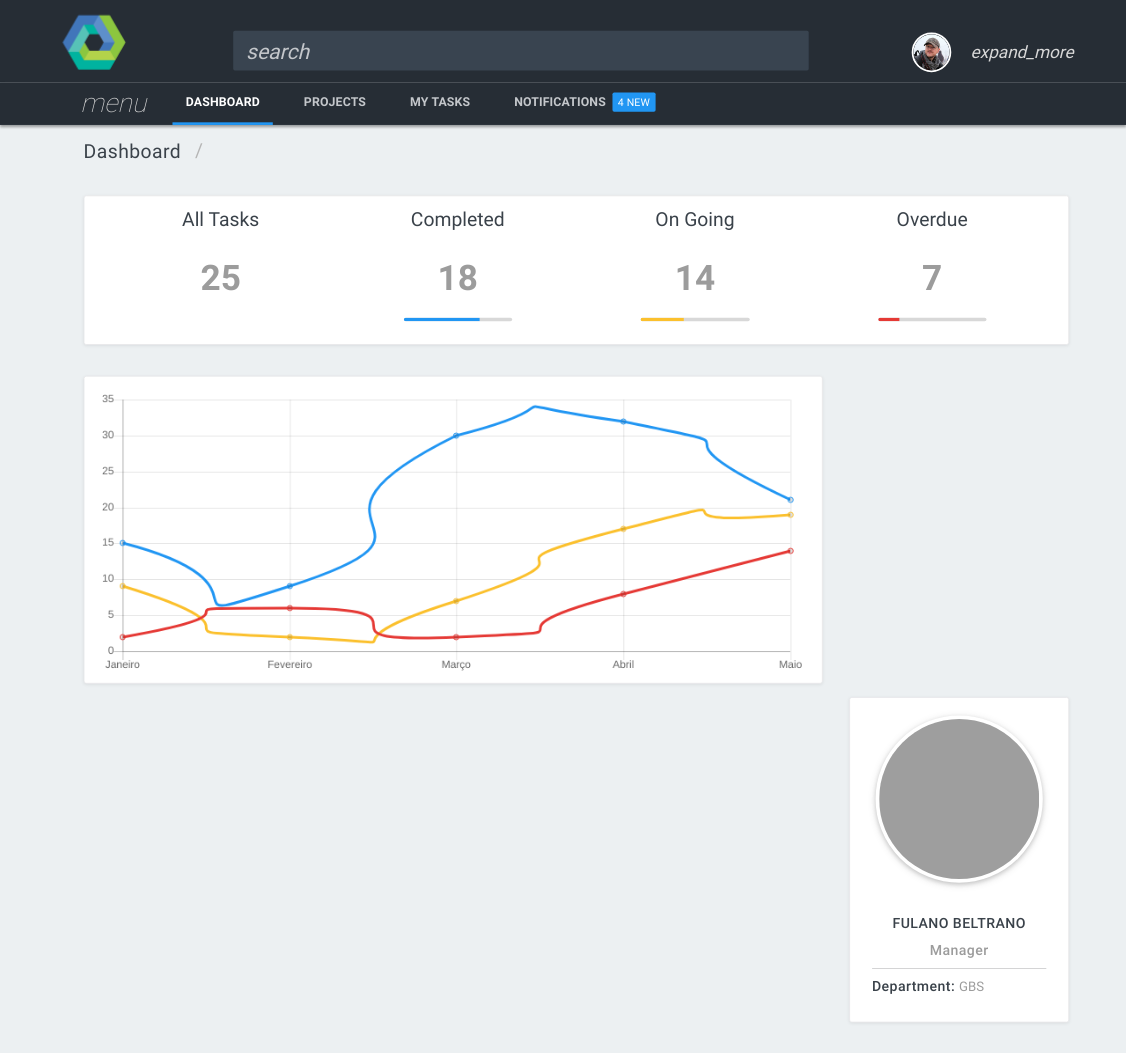
Repository: RenanChagas/ProjectManagement
Page: http://localhost/finalproject/WEB-INF/views/dashboard.jsp
The author's editor kept a copy of each file at every save. The page is drawn from the files as they stood at one save, then again after the next save.
The browser window is 1280 px wide. The pictures show the whole page, at 88% of full size.
Pictures or frames that could not be fetched are drawn as grey boxes. The page is served by Tomcat 9. Nobody is signed in. The template is opened directly, without the code that normally fills it, so the values that code supplies are empty.

Above is the page before, as saved 2017-08-27 17:02:13.

After the next save:
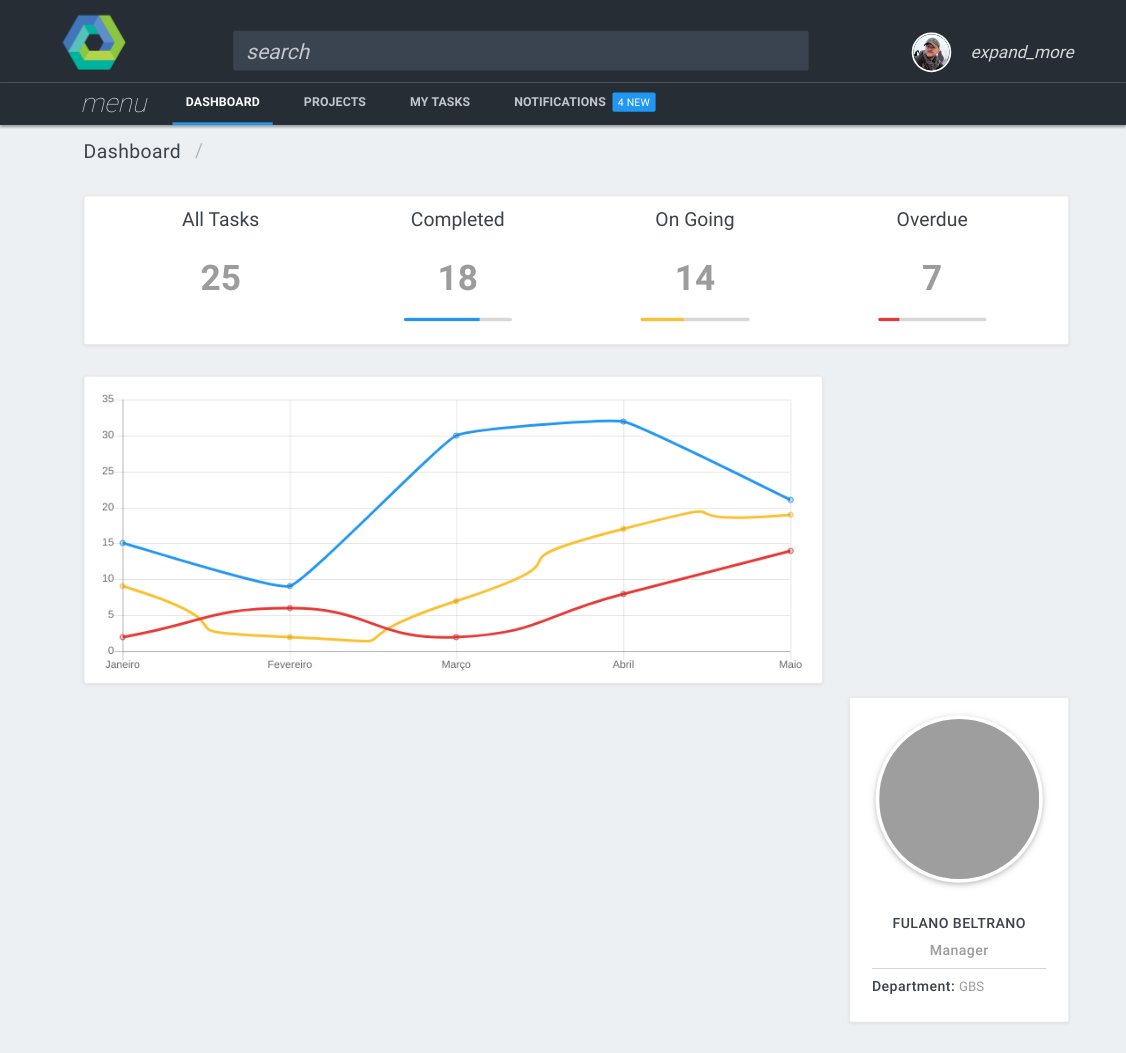
Saved 15 s later.
--- a/finalproject/src/main/webapp/WEB-INF/views/dashboard.jsp
+++ b/finalproject/src/main/webapp/WEB-INF/views/dashboard.jsp
@@ -244,21 +244,21 @@
                     borderColor: "#2196F3",
                     data: [15,9,30,32,21],
                     fill: false,
-                    lineTension: 1
+                    lineTension: 0.1
                   },
                   {
                     label: "Tasks Ovedue",
                     borderColor: "#e53935",
                     data: [2,6,2,8,14],
                     fill: false,
-                    lineTension: 1
+                    lineTension: 0.5
                   },
                   {
                     label: "Tasks On Going",
                     borderColor: "#fbc02d",
                     data: [9,2,7,17,19],
                     fill: false,
-                    lineTension: 1
+                    lineTension: 0.9
                   }
                 ]
               },
